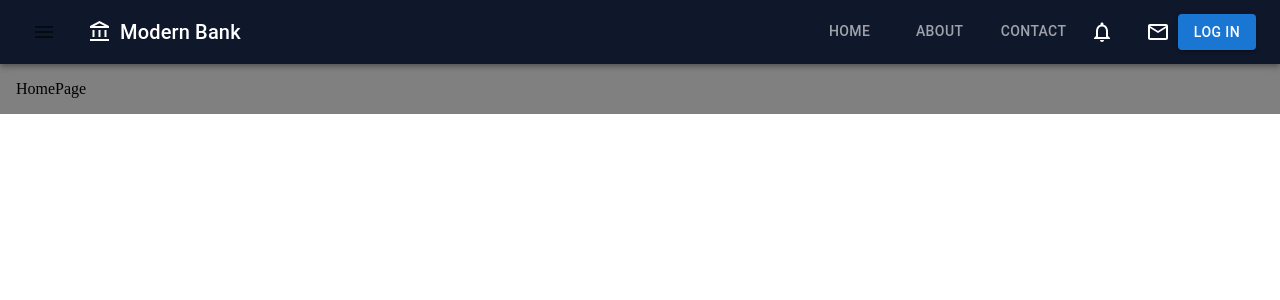
Repository: MohammadMazloum123/Moder-Bank-Full-Stack-Project
Page: / (app in Desktop/front-modernbank/front-modernbank/)
These files come from the project's save history. The page is drawn as it stood at one moment and after the next save; the edit follows.
The browser window is 1280 px wide. The pictures show the whole page.
The project was rebuilt for these pictures with package versions that can differ from the ones it lists, and the page was loaded fresh each time.

Above is the page before, as saved 2024-11-15 17:34:31.

After the next save:
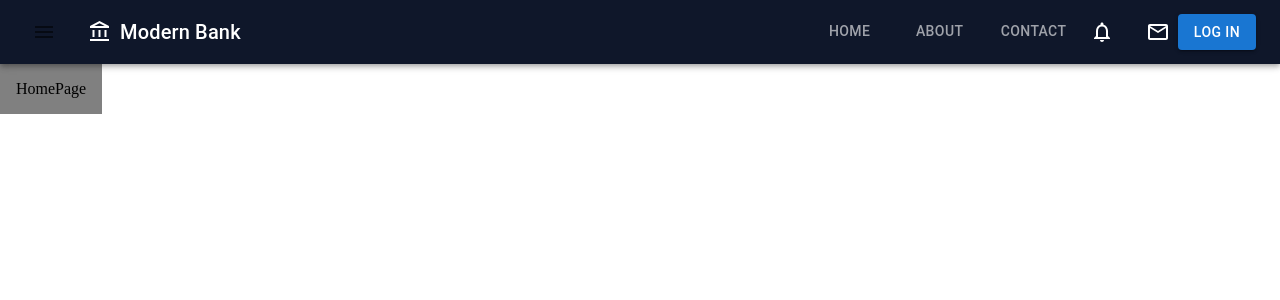
Saved 34 s later.
--- a/Desktop/front-modernbank/front-modernbank/src/components/HomePage.jsx
+++ b/Desktop/front-modernbank/front-modernbank/src/components/HomePage.jsx
@@ -3,7 +3,7 @@ import React from 'react'
 
 const HomePage = () => {
 return (
-    <Box sx={{bgcolor:"gray"}} flex={6} p={2}>
+    <Box sx={{bgcolor:"gray"}}p={2}>
         HomePage
     </Box>
 )
